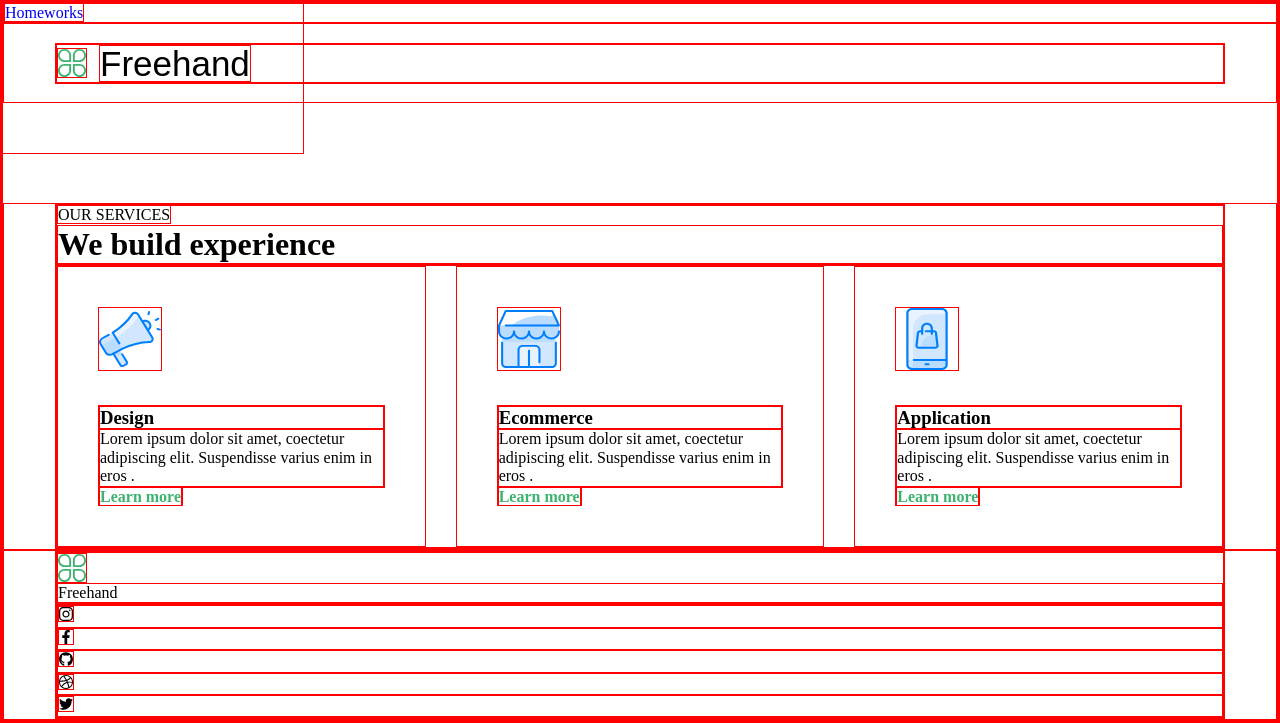
Repository: Tsiniavska/beetroot-test-project
Page: Homeworks/svg/index.html
These files come from the project's save history. The page is drawn as it stood at one moment and after the next save; the edit follows.
The browser window is 1280 px wide. The pictures show the whole page.
Some web fonts or font styles are not loaded; a fallback is used.

Above is the page before, as saved 2024-02-28 22:27:00.

After the next save:
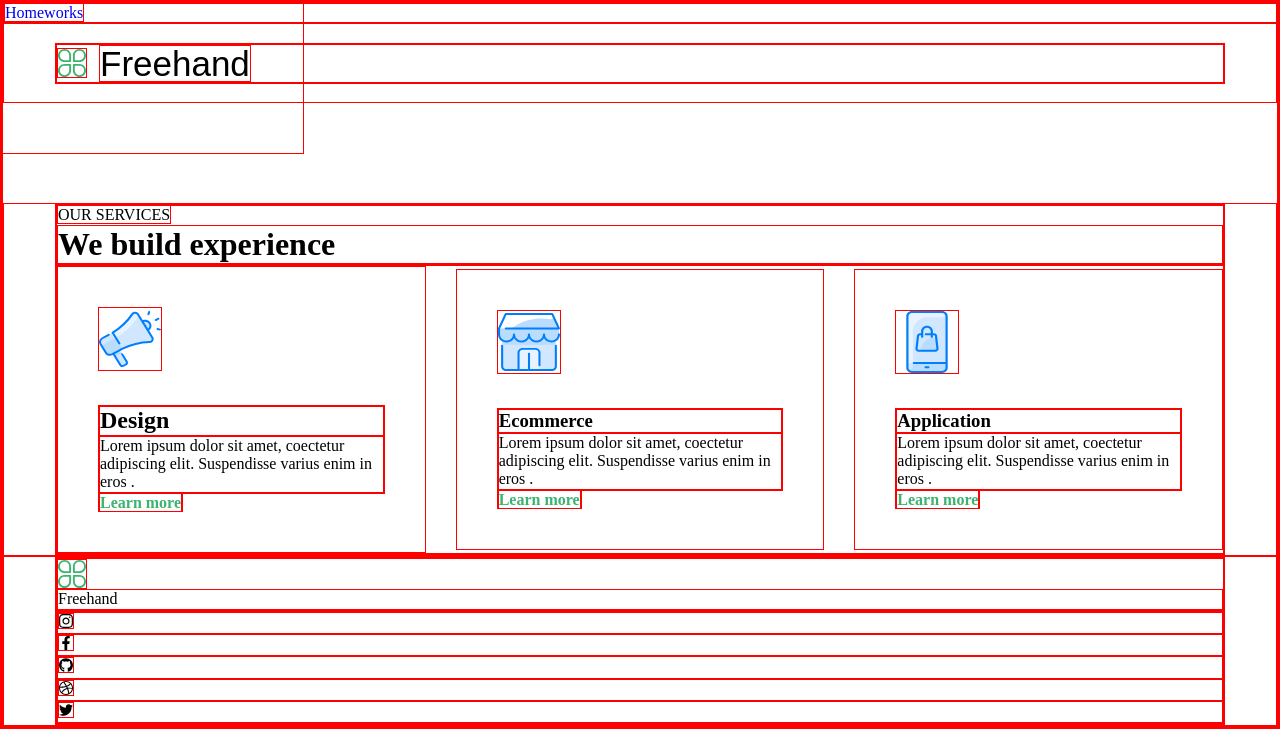
Saved 15 s later.
--- a/Homeworks/svg/index.css
+++ b/Homeworks/svg/index.css
@@ -59,7 +59,7 @@
 }
 
 .content-blocks-item-title {
-  font-size: ;
+  font-size: 1.5em;
 }
 
 .content-blocks-link {

After the save that followed:
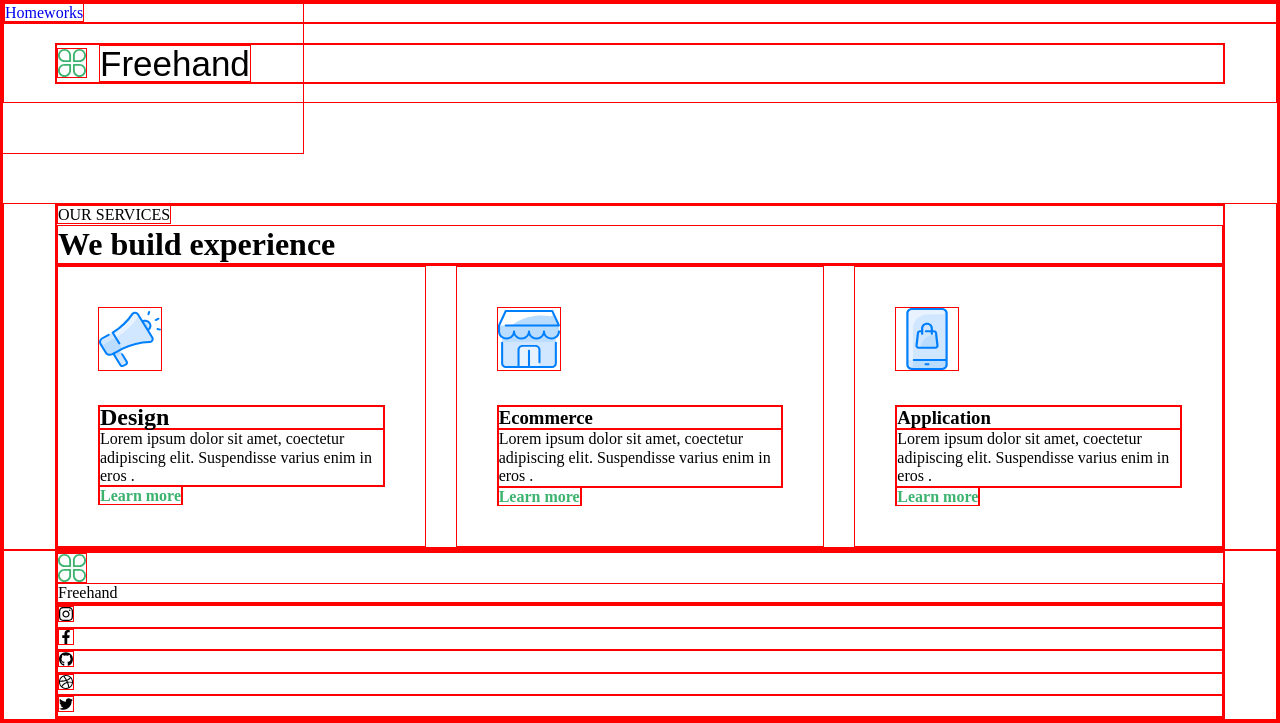
Saved 25 s later.
--- a/Homeworks/svg/index.css
+++ b/Homeworks/svg/index.css
@@ -60,6 +60,7 @@
 
 .content-blocks-item-title {
   font-size: 1.5em;
+  line-height: 21px;
 }
 
 .content-blocks-link {
